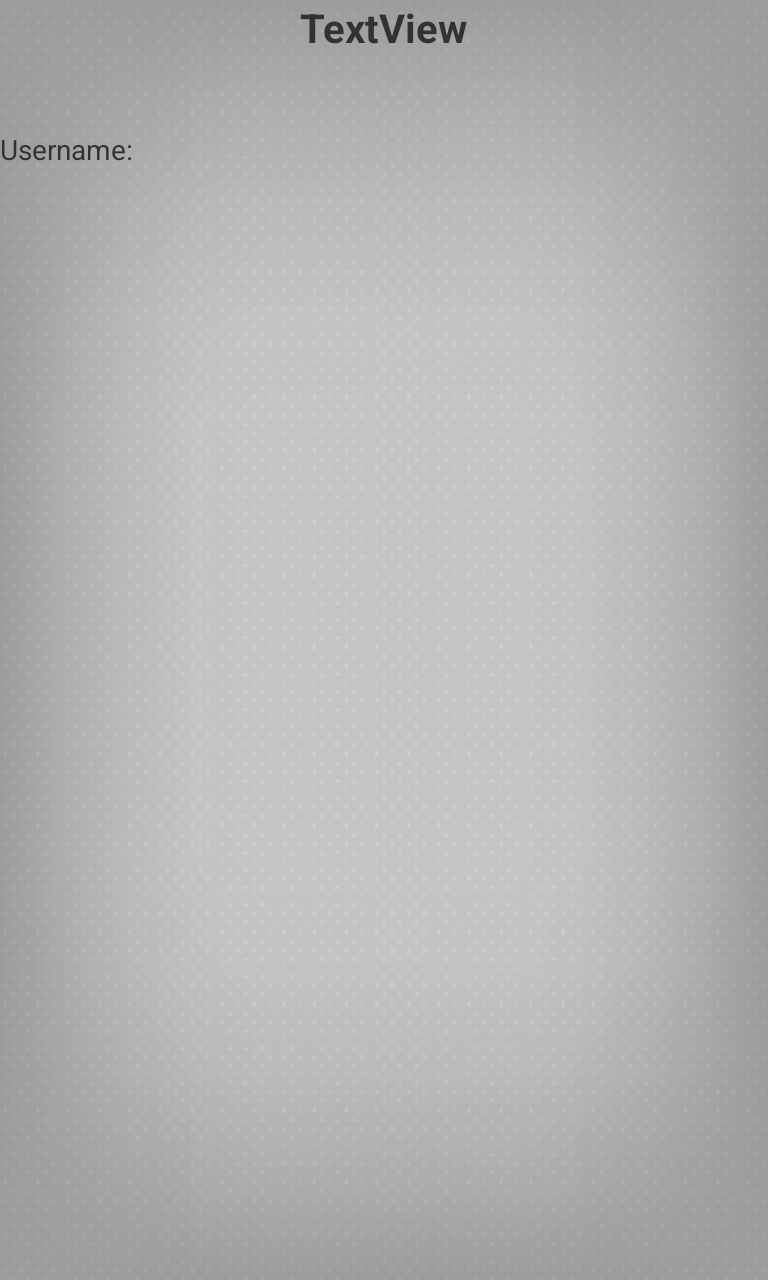
Repository: arianaantonio/APD2
Layout: AstroPix/res/layout/activity_detail.xml
These files come from the project's save history. The layout is drawn as it stood at one moment and after the next save; the edit follows.
It is drawn on a 768 x 1280 px phone screen (xhdpi) without system bars, with theme AppTheme; the app's code is not run.

Above is the layout before, as saved 2014-09-10 07:49:45.

### AstroPix/res/layout/activity_detail.xml
<?xml version="1.0" encoding="utf-8"?>
<RelativeLayout xmlns:android="http://schemas.android.com/apk/res/android"
    android:layout_width="match_parent"
    android:layout_height="match_parent"
    android:orientation="vertical"
    android:background="@drawable/background" >

    <TextView
        android:id="@+id/textView1"
        android:layout_width="wrap_content"
        android:layout_height="wrap_content"
        android:layout_alignParentTop="true"
        android:layout_centerHorizontal="true"
        android:text="TextView"
        android:textSize="20sp"
        android:textStyle="bold" />

    <TextView
        android:id="@+id/textView2"
        android:layout_width="wrap_content"
        android:layout_height="wrap_content"
        android:layout_alignParentLeft="true"
        android:layout_below="@+id/textView1"
        android:layout_marginTop="38dp"
        android:text="Username:" />

</RelativeLayout>

Loaded but not shown: AstroPix/res/values/styles.xml (common file); AstroPix/res/values-v11/styles.xml (common file); AstroPix/res/values-v14/styles.xml (common file)

After the next save:
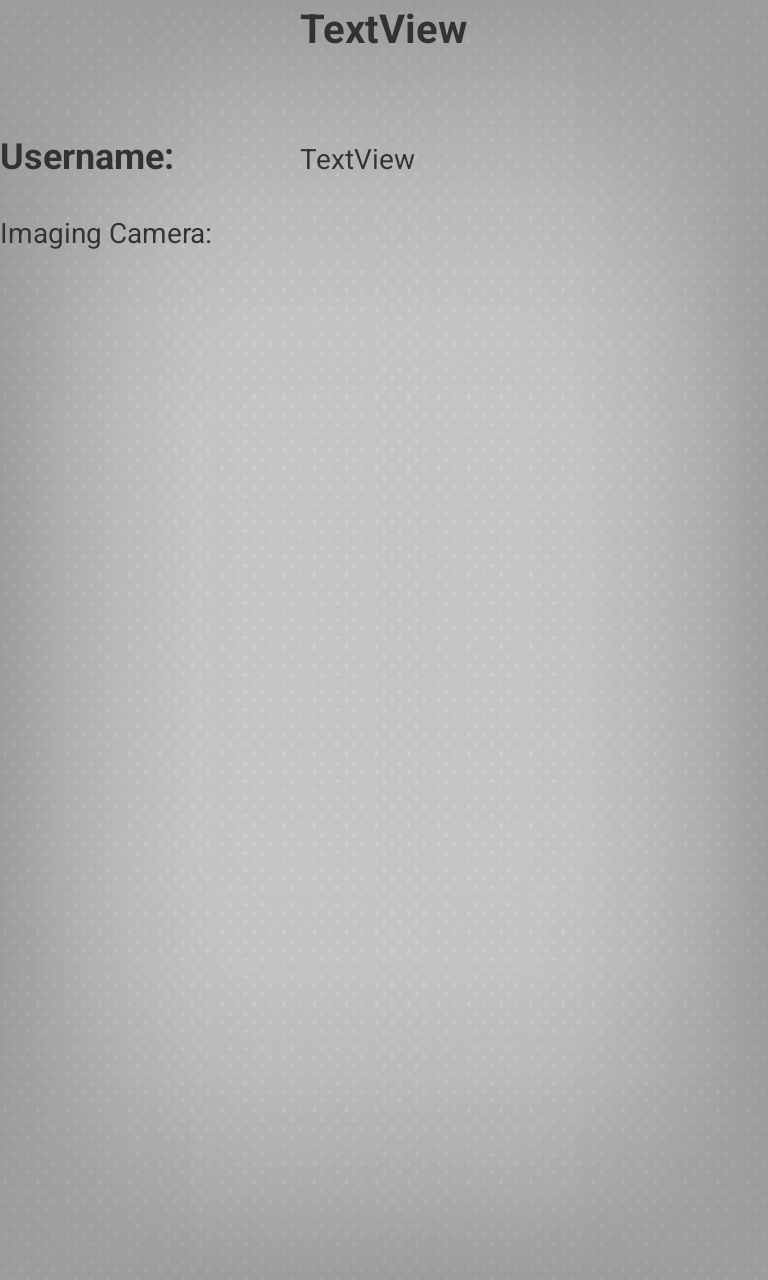
Saved 66 s later.
--- a/AstroPix/res/layout/activity_detail.xml
+++ b/AstroPix/res/layout/activity_detail.xml
@@ -22,6 +22,27 @@
         android:layout_alignParentLeft="true"
         android:layout_below="@+id/textView1"
         android:layout_marginTop="38dp"
-        android:text="Username:" />
+        android:text="Username:"
+        android:textSize="18sp"
+        android:textStyle="bold" />
+
+    <TextView
+        android:id="@+id/textView3"
+        android:layout_width="wrap_content"
+        android:layout_height="wrap_content"
+        android:layout_alignBaseline="@+id/textView2"
+        android:layout_alignBottom="@+id/textView2"
+        android:layout_alignLeft="@+id/textView1"
+        android:layout_alignParentRight="true"
+        android:text="TextView" />
+
+    <TextView
+        android:id="@+id/textView4"
+        android:layout_width="wrap_content"
+        android:layout_height="wrap_content"
+        android:layout_alignParentLeft="true"
+        android:layout_below="@+id/textView2"
+        android:layout_marginTop="17dp"
+        android:text="Imaging Camera:" />
 
 </RelativeLayout>
